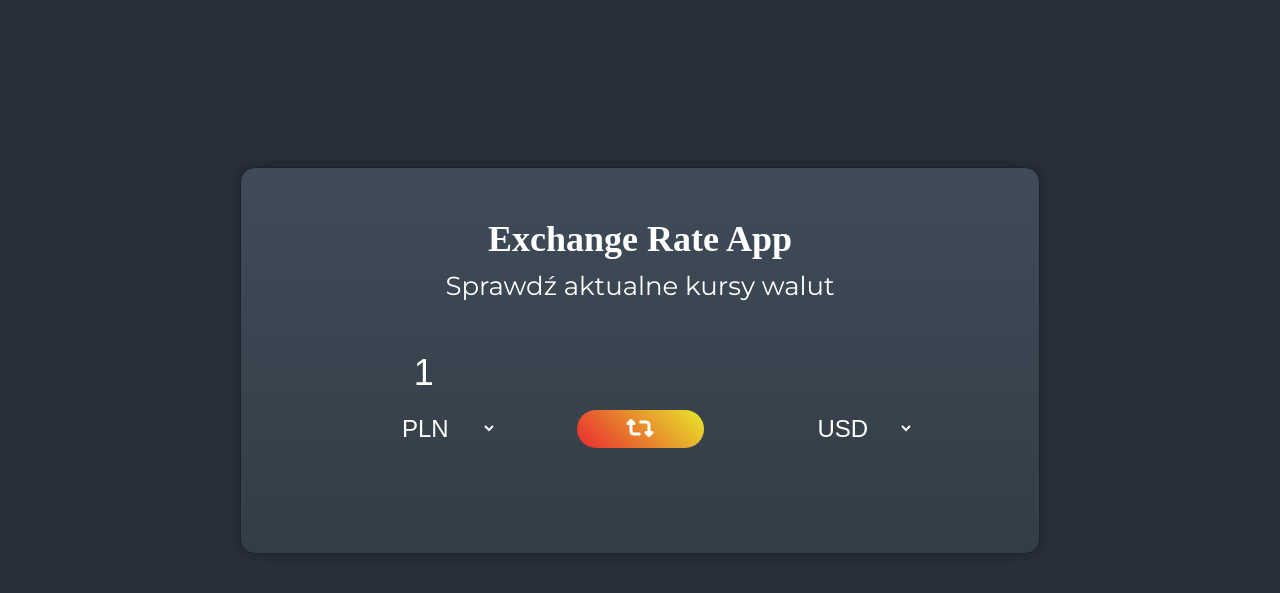
Repository: KrzysKolo/Projekt-6_Kantor
Page: index.html
An editor plug-in stored every save of this project. The page is shown before and after the next save, followed by the edit.
The browser window is 1280 px wide. The pictures show the whole page.
The first visible `.swap` has the focus.
Some web fonts or font styles are not loaded; a fallback is used. Some web libraries are served in a nearby version.

Above is the page before, as saved 2020-07-12 06:26:49.

### index.html
<!DOCTYPE html>
<html lang="en">
  <head>
    <meta charset="UTF-8" />
    <meta name="viewport" content="width=device-width, initial-scale=1.0" />
    <title>Kantor</title>
    <link
      href="https://fonts.googleapis.com/css2?family=Montserrat:wght@200;400&family=Niconne&family=Vibes&display=swap"
      rel="stylesheet"
    />
    <script
      src="https://kit.fontawesome.com/327a0d490c.js"
      crossorigin="anonymous"
    ></script>

    <link rel="stylesheet" href="./css/style.css" />
  </head>
  <body>
    <div class="wrapper">
      <h1>Exchange Rate App</h1>
      <p>Sprawdź aktualne kursy walut</p>
      <div class="app-body">
        <div class="section-left">
          <input type="number" class="amount-one" value="1" />
          <select name="currency-one">
            <option value="PLN" selected>PLN</option>
            <option value="USD">USD</option>
            <option value="GBP">GBP</option>
            <option value="EUR">EUR</option>
            <option value="CHF">CHF</option>
            <option value="JPY">JPY</option>
          </select>
        </div>
        <button class="swap">
          <i class="fas fa-retweet"></i>
        </button>
        <div class="section-right">
          <input type="number" class="amount-two" disabled />
          <select name="currency-two">
            <option value="PLN">PLN</option>
            <option value="USD" selected>USD</option>
            <option value="GBP">GBP</option>
            <option value="EUR">EUR</option>
            <option value="CHF">CHF</option>
            <option value="JPY">JPY</option>
          </select>
        </div>
      </div>
      <p class="rate-info"></p>
    </div>
    <script src="./js/index.js"></script>
  </body>
</html>

### css/style.css
* {
  box-sizing: border-box;
  margin: 0;
  padding: 0;
}
body {
  display: flex;
  justify-content: center;
  align-items: center;
  height: 100vh;

  background-color: #29303b;
}
.wrapper {
  padding: 50px;
  width: 800px;
  background-image: linear-gradient(#3f4b59, #333d46);
  color: #fff;
  text-align: center;
  border: 1px solid #1c232d;
  border-radius: 15px;
  box-shadow: 0 0 15px #1c232d;
}
.wrapper h1 {
  margin-bottom: 10px;
  font-size: 36px;
  font-family: "Vibes", cursive;
}
.wrapper p {
  margin-bottom: 50px;
  font-size: 26px;

  font-family: "Montserrat", sans-serif;
}
.app-body {
  display: flex;
  justify-content: center;
  align-items: center;
}
.section-left,
.section-right {
  display: flex;
  flex-direction: column;
  align-items: center;
}
.app-body input {
  margin-bottom: 10px;
  width: 100%;
  font-size: 36px;
}
.app-body input,
.app-body select {
  color: #fff;
  border: none;
  background: none;
  text-align: center;
}
.app-body select {
  padding: 10px 30px;
  font-size: 24px;
  cursor: pointer;
}
.app-body input:focus,
.app-body select:focus {
  outline: none;
  color: rgb(67, 171, 255);
}
.app-body option {
  color: #333;
}
.swap {
  align-self: flex-end;
  margin: 5px;
  padding: 5px 50px;
  background-image: linear-gradient(45deg, #e82930, #e8e829);
  font-size: 24px;
  border: none;
  border-radius: 25px;
  color: #fff;
  cursor: pointer;
}
.swap:focus {
  outline: none;
  background-image: linear-gradient(45deg, #e82930, #e8e829);
}

Loaded but not shown: js/index.js (no copy from this time; the picture is the same without it)

After the next save:
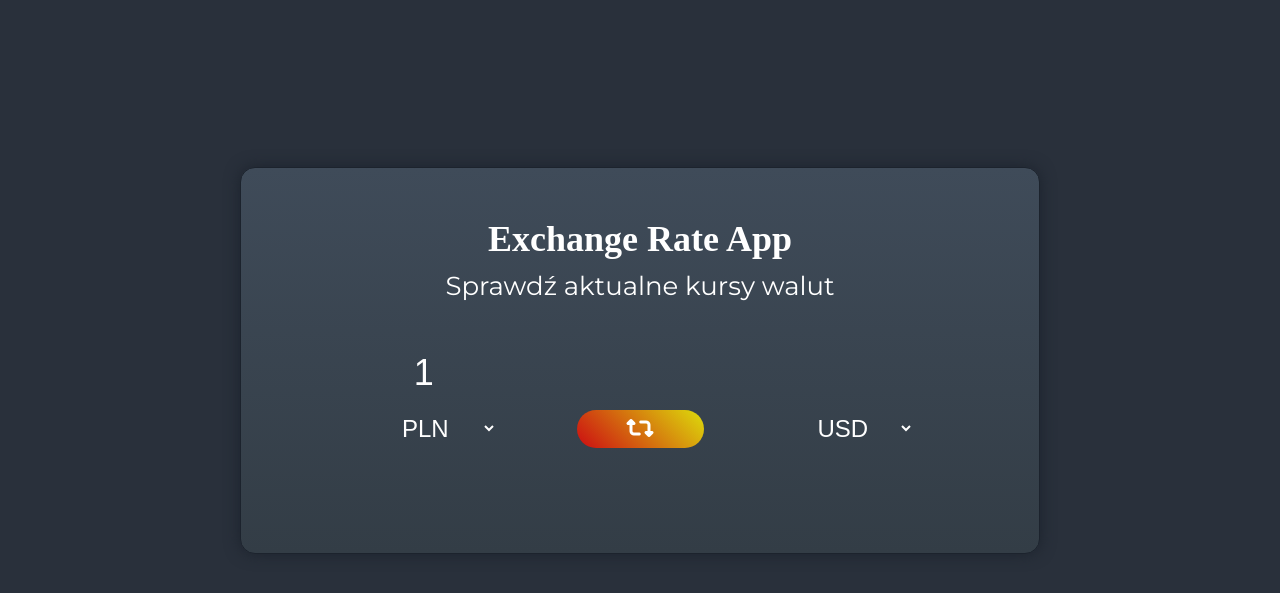
Saved 66 s later.
--- a/css/style.css
+++ b/css/style.css
@@ -81,5 +81,5 @@ body {
 }
 .swap:focus {
   outline: none;
-  background-image: linear-gradient(45deg, #e82930, #e8e829);
+  background-image: linear-gradient(45deg, #cc0c12, #dddd0b);
 }
